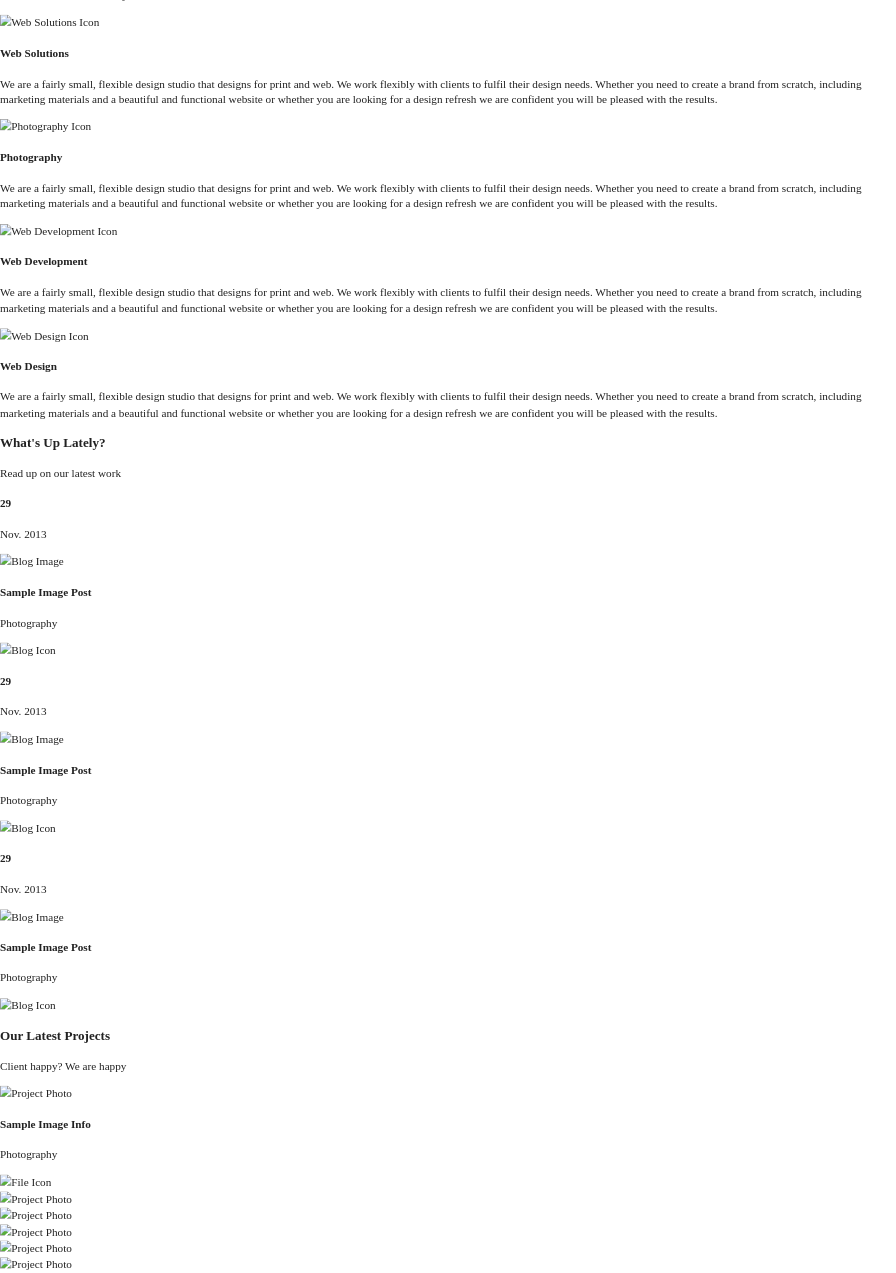
Repository: wilyyy/metrolics
Page: index.html
The author's editor kept a copy of each file at every save. The page is drawn from the files as they stood at one save, then again after the next save.
The browser window is 1280 px wide. The pictures show the part of the page from y = 960 to 2880 px (the page is 2778 px tall before and 2880 px after), at 70% of full size.

Above is the page before, as saved 2021-01-27 00:27:14.

After the next save:
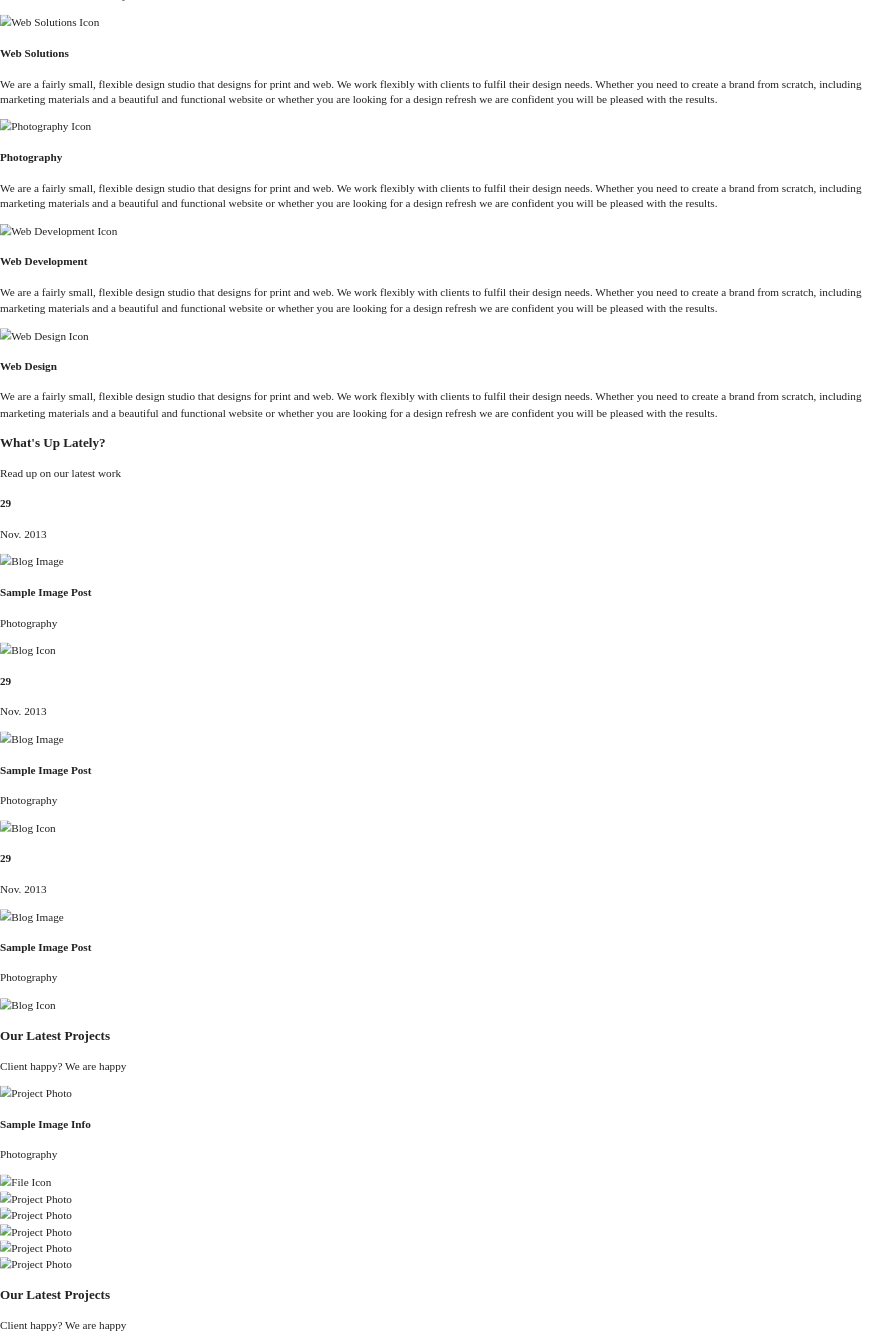
Saved 13 s later.
--- a/index.html
+++ b/index.html
@@ -265,7 +265,10 @@
     </section>
 
     <section>
-
+      <div>
+        <h3>Our Latest Projects</h3>
+        <p>Client happy? We are happy</p>
+      </div>
     </section>
   </main>
 
